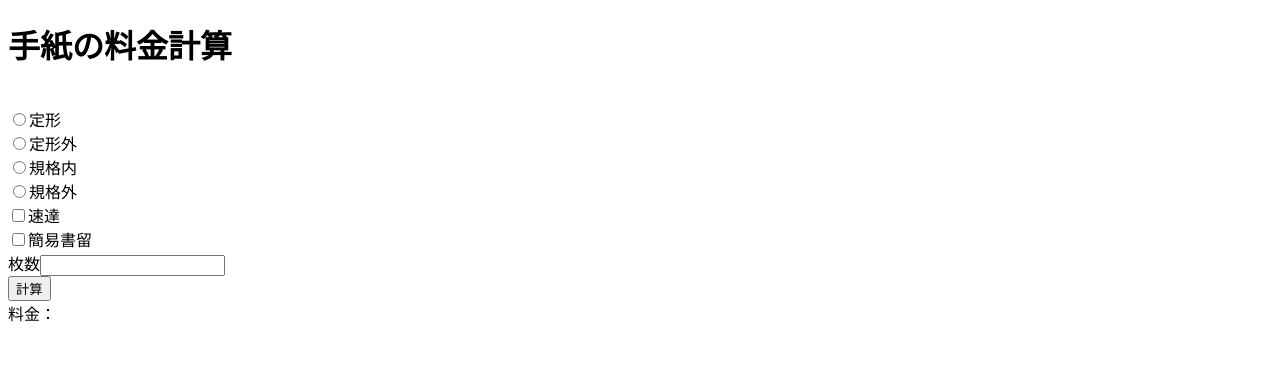
Repository: aiueo20/18ca0155
Page: SSP/kadai0601/WebContent/login.html
An editor plug-in stored every save of this project. The page is shown before and after the next save, followed by the edit.
The browser window is 1280 px wide. The pictures show the whole page.

Above is the page before, as saved 2019-01-16 07:13:14.

After the next save:
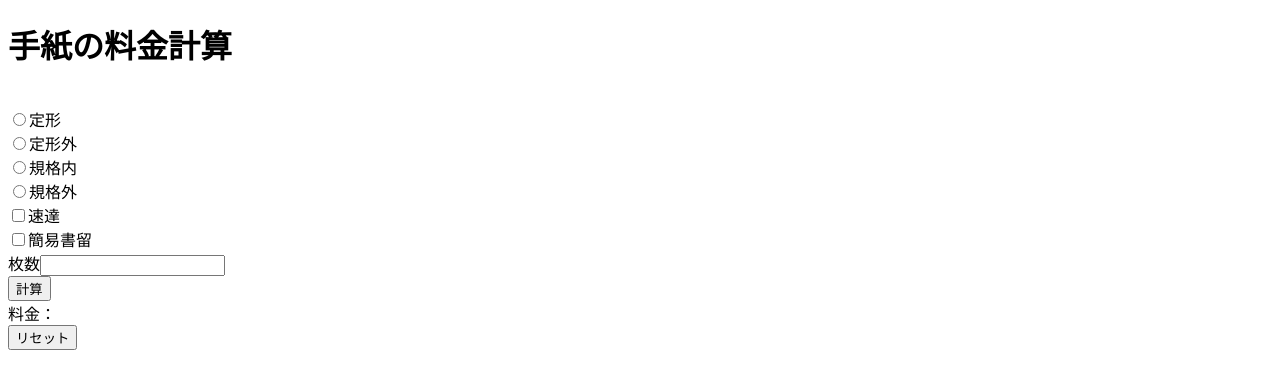
Saved 100 s later.
--- a/SSP/kadai0601/WebContent/login.html
+++ b/SSP/kadai0601/WebContent/login.html
@@ -16,6 +16,8 @@
 枚数<input type="text" name="maisu"><br>
 <input type="submit" value="計算"><br>
 料金：
+<br>
+<input type="reset" value="リセット" onclick="location.reload()">
 </form>
 
 </body>
